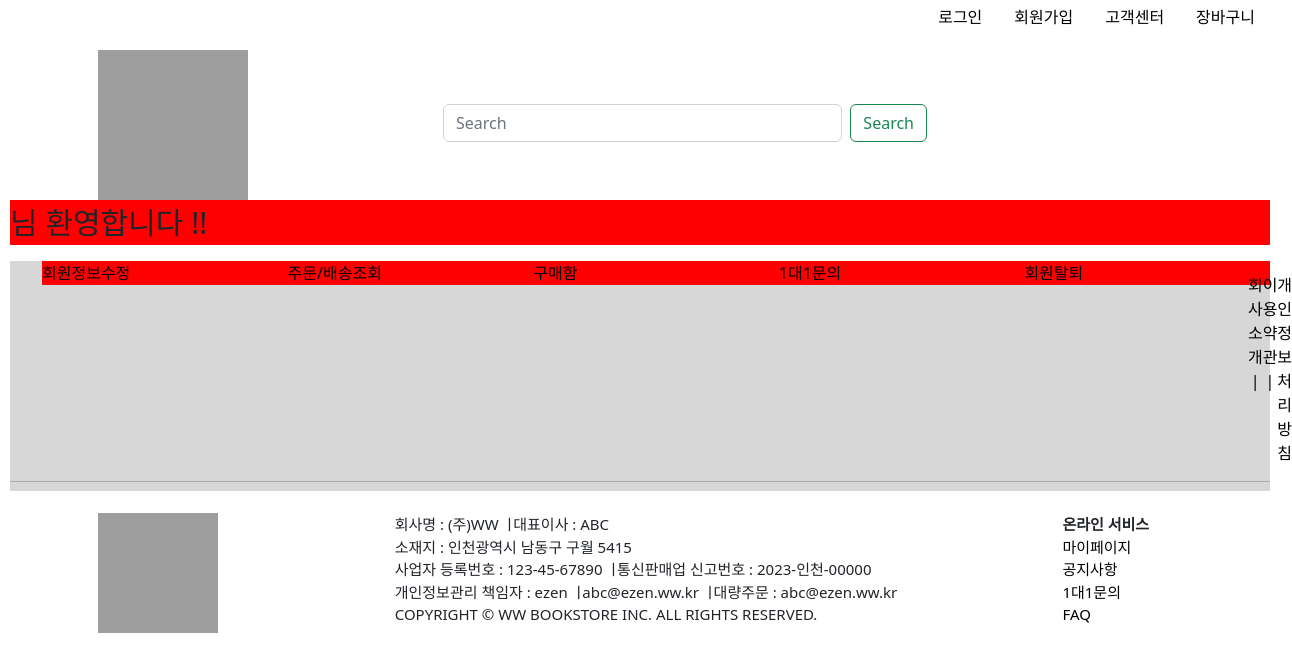
Repository: leehyeonung/project4
Page: http://localhost/book/WEB-INF/views/member/mypage.jsp
These files come from the project's save history. The page is drawn as it stood at one moment and after a run of saves; the edit follows.
The browser window is 1280 px wide. The page is 1292 px wide, then 1280 px, then 1292 px, so the pictures cover 1292 px, including what lies to the right of the window. The pictures show the whole page.
Pictures or frames that could not be fetched are drawn as grey boxes. The page is served by Tomcat 9. Nobody is signed in. Other server files are loaded and not shown. The template is opened directly, without the code that normally fills it, so the values that code supplies are empty.

Above is the page before, as saved 2023-01-06 02:45:06.

### book/src/main/webapp/WEB-INF/views/member/mypage.jsp
<%@ page language="java" contentType="text/html; charset=UTF-8"
    pageEncoding="UTF-8"%>
<!DOCTYPE html>
<html>
<head>
<meta charset="UTF-8">
<title>Insert title here</title>
<link rel="stylesheet" type="text/css" href="/resources/css/mypage.css">
</head>
<body>
<jsp:include page="../layout/header.jsp"></jsp:include>
<div class="main">

<div class="information">

<div class="id">
${ses.mem_id}님 환영합니다 !!
</div>

<div class="cell">
${ses.mem_cell_num}
</div>

</div>

<div class="select">
<ul>
	<li><a href="/mem/modify" class="category">회원정보수정</a></li>
	<li><a href="/mem/orderCheck?mem_num=${ses.mem_num}" class="category">주문/배송조회</a></li>
	<li><a href="/mem/buyCheck?mem_num=${ses.mem_num}" class="category">구매함</a></li>
	<li><a href="/board/list" class="category">1대1문의</a></li>
	<li><a href="/mem/delete" class="category">회원탈퇴</a></li>
</ul>
</div>

</div>

<jsp:include page="../layout/footer.jsp"></jsp:include>
</body>
</html>

### book/src/main/webapp/WEB-INF/views/layout/header.jsp
<%@ page language="java" contentType="text/html; charset=UTF-8"
    pageEncoding="UTF-8"%>
<%@ taglib uri="http://java.sun.com/jsp/jstl/core" prefix="c"%>
<!DOCTYPE html>
<html>
<head>
<meta charset="UTF-8">
<title>Insert title here</title>
<!-- CSS only -->
<link href="https://cdn.jsdelivr.net/npm/bootstrap@5.2.2/dist/css/bootstrap.min.css"
rel="stylesheet" integrity="sha384-Zenh87qX5JnK2Jl0vWa8Ck2rdkQ2Bzep5IDxbcnCeuOxjzrPF/et3URy9Bv1WTRi"
crossorigin="anonymous">
<link rel="stylesheet" type="text/css" href="/resources/css/header.css">
</head>
<body>
<div class="header">
    <div class="menu">
        <c:if test="${ses.mem_id ==null}">
        <ul><a href="/mem/loginPage">로그인</a></ul>
        <ul><a href="/mem/joinPage">회원가입</a></ul>
        </c:if>
        <c:if test="${ses.mem_id == 'admin' }">
        <ul><a href="/mem/logOut">로그아웃</a></ul>
        <ul><a href="/mem/adminpage">관리인페이지</a></ul>
        </c:if>
        <c:if test="${ses.mem_id !=null && ses.mem_id !='admin' }">
        <ul><a href="/mem/logOut">로그아웃</a></ul>
        <ul><a href="/mem/mypage">마이페이지</a></ul>
        </c:if>
        <ul><a href="#">고객센터</a></ul>
        <ul><a href="#">장바구니</a></ul>
    </div>
    <div class="bar">
       <div class="logo">
         <a href="/"><img src="/resources/image/logo.jpg" alt="로고"></a>
       </div>
         <div class="searchBar">
            <form class="d-flex" role="search">
                 <input class="form-control me-2" type="search" placeholder="Search" aria-label="Search">
                 <button class="btn btn-outline-success" type="submit">Search</button>
              </form>
         </div>
       <div class="icons">
         <a href=""><i class="fa-solid fa-cart-shopping"></i></a>
            <a href=""><i class="fa-solid fa-user"></i></a>
       </div>
    </div>
</div>
</body>
</html>

### book/src/main/webapp/WEB-INF/views/layout/footer.jsp
<%@ page language="java" contentType="text/html; charset=UTF-8"
   pageEncoding="UTF-8"%>
<!DOCTYPE html>
<html>
<head>
<meta charset="UTF-8">
<title>Insert title here</title>
<link rel="stylesheet" type="text/css" href="/resources/css/footer.css">

</head>

<body>
   <div class="footer">
      <div class="footer-top">
         <ul>
            <li><a href="/introduce">회사소개 | </a></li>
            <li><a href="">이용약관 | </a></li>
            <li><a href="">개인정보처리방침</a></li>
         </ul>
      </div>
      <hr>
      <div class="address">
         <div class="footer-logo">
            <img src="/resources/image/logo.jpg" alt="로고">
         </div>
         <div class="address-box">
            <ul>
               <li>회사명 : (주)WW <span style="margin-right: -7px;">ㅣ</span>
                  대표이사 : ABC
               </li>

               <li>소재지 : 인천광역시 남동구 구월 5415</li>
               <li>사업자 등록번호 : 123-45-67890 <span style="margin-right: -7px;">ㅣ</span>
                  통신판매업 신고번호 : 2023-인천-00000
               </li>

               <li>개인정보관리 책임자 : ezen <span style="margin-right: -7px;">ㅣ</span>
                  abc@ezen.ww.kr <span style="margin-right: -7px;">ㅣ</span> 대량주문 :
                  abc@ezen.ww.kr
               </li>

               <li>COPYRIGHT © WW BOOKSTORE INC. ALL RIGHTS RESERVED.</li>

            </ul>

         </div>
         <div class="online-serviceBar">
            <strong>온라인 서비스</strong>
            <ul>
               <li><a href="">마이페이지</a></li>
               <li><a href="">공지사항</a></li>
               <li><a href="">1대1문의</a></li>
               <li><a href="">FAQ</a></li>
            </ul>
         </div>
      </div>
   </div>

</body>
</html>

### book/src/main/webapp/resources/css/mypage.css
@charset "UTF-8";
*{
	margin: 0 auto;
	padding: 0px;

}
.main{
    margin: auto;
    width: 1260px;
    background-color: gray;


}
.id{
    font-size: 30px;
}
.information{
	background-color : red;
}
.select>ul>li>.category{
    display: inline-block;
	float : left;
	width : 20%;
    background-color: red;
}

### book/src/main/webapp/resources/css/header.css
@charset "UTF-8";
*{
	margin: 0px;
	padding: 0px;
}
.header{
    width: 1260px;
    height: 200px;
   /*  background-color: pink; */
}
.menu{
   display: flex;
   justify-content: flex-end;
   padding:5px;

}
.logo{
    width: 150px;
    height: 150px;
    background-color: blue;
}
.logo>a>img{
    width: 150px;
    height: 150px;
}
.searchBar{
   /* position:absolute; */
    width: 484px;
    height: 42px;
    /* background-color: gold; */
    margin-top:54px;
    border-radius: 30px;

}
.bar{

   height: 150px;
   display: flex;
   flex-direction: row;
   flex-wrap:nowrap;
   justify-content:space-around;
/*    align-items: baseline; */


}
i{
    font-size: 42px;
    color: black;
    margin-top:54px;
    margin-right: 20px;
}

### book/src/main/webapp/resources/css/footer.css
@charset "UTF-8";
.footer {
   width: 1260px;
   height: 230px;
   background-color: rgba(175, 175, 175, 0.5);
   margin: 0 auto;
}

.footer-logo {

   width: 120px;
   height: 120px;
   background-color: beige;
}
.footer-logo>img{
   width: 120px;
   height: 120px;
}

.address-box {
   text-align: left;
   padding: 0;
   margin: 0;
}

.address {
   padding: 15px;
   height: 150px;
   display: flex;
   font-size: 15px;
   /* align-items: baseline; */
   flex-direction: row;
   flex-wrap: nowrap;
   justify-content: space-around;
}

ul {
   list-style: none;
}

.footer, .address li {

}

.footer-top {
   text-align: center;
   padding-top: 12px;
}

.footer-top>ul {
   margin: 0;
   padding: 0;
   display: flex;
   justify-content: center;
}

.footer-top>li {
   margin: 0;
   padding: 0;
}

a {
   text-decoration-line: none;
   color: black;
}

a:visited {
   text-decoration: none;
}

a:hover {
   text-decoration: none;
}

a:focus {
   text-decoration: none;
}

a:hover, a:active {
   text-decoration: none;
}

.online-serviceBar {
   padding: 0px;
   margin-left: 20px;
   width: 120px;
   height: 120px;
}

.online-serviceBar>ul {
   margin: 0px;
   padding: 0px;
}

After the next 2 saves:
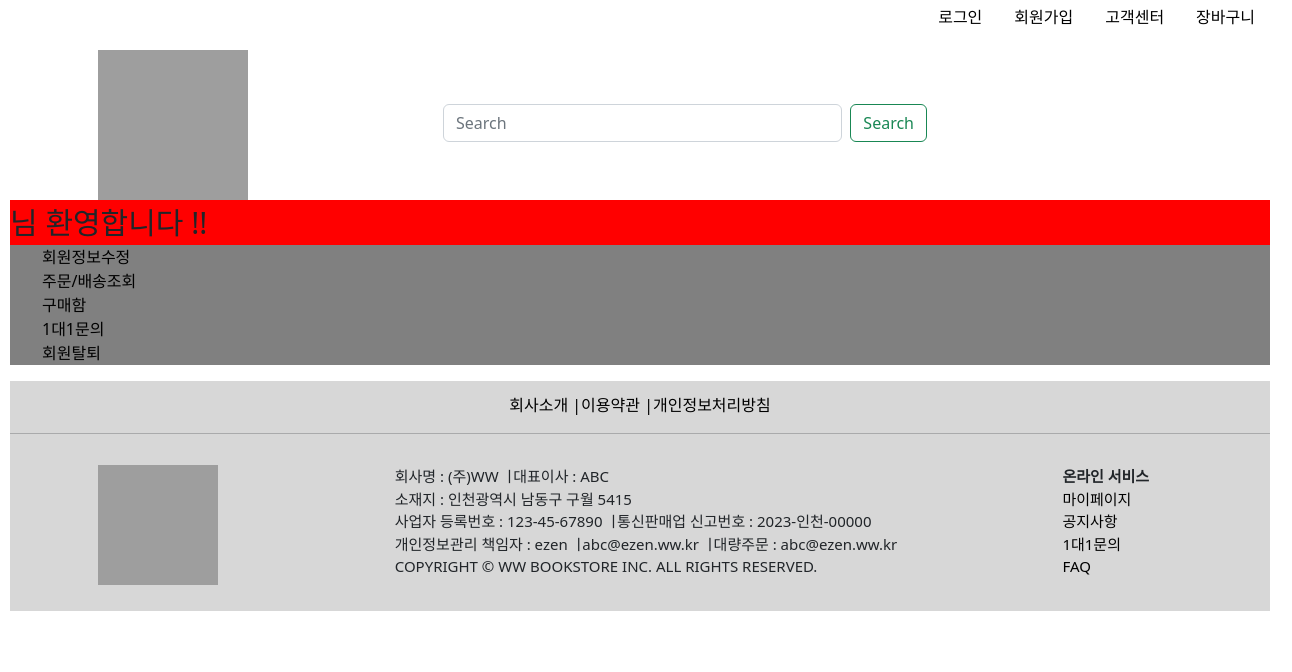
The 2 saves are shown as one change because they came seconds apart.
The last was saved 89 s later.
--- a/book/src/main/webapp/resources/css/mypage.css
+++ b/book/src/main/webapp/resources/css/mypage.css
@@ -17,7 +17,7 @@
 .information{
 	background-color : red;
 }
-.select>ul>li>.category{
+.select >.category{
     display: inline-block;
 	float : left;
 	width : 20%;

After the save that followed:
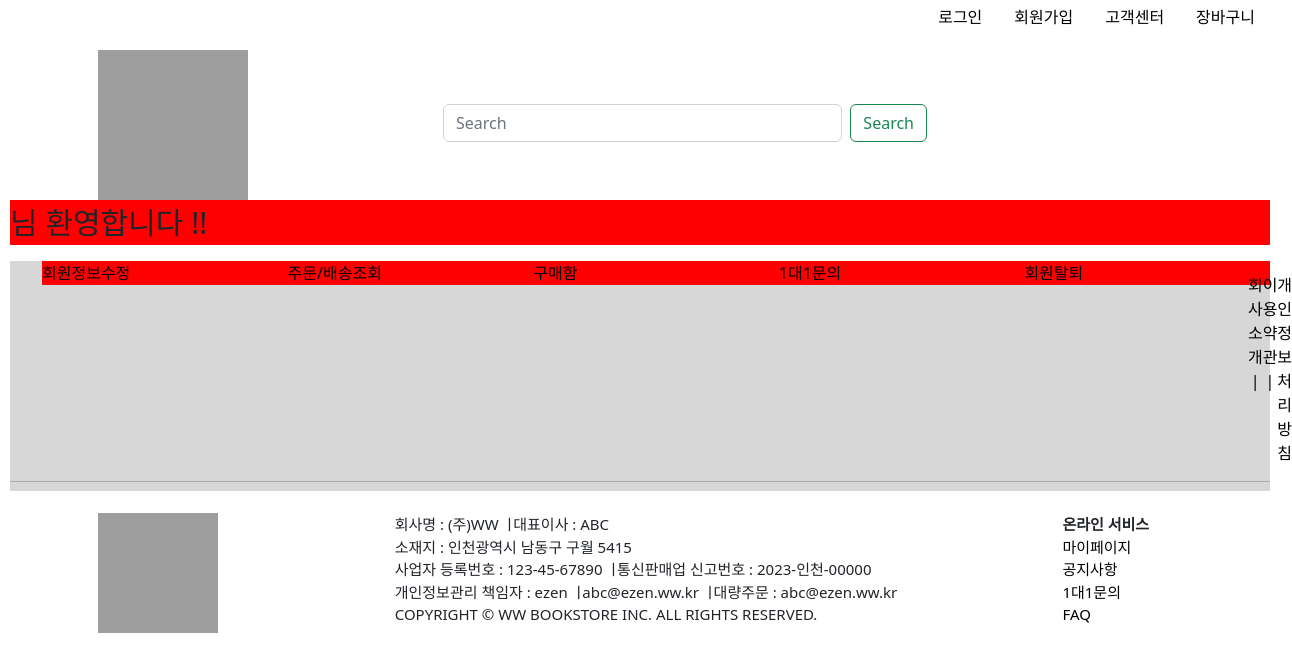
Saved 9 s later.
--- a/book/src/main/webapp/resources/css/mypage.css
+++ b/book/src/main/webapp/resources/css/mypage.css
@@ -17,7 +17,7 @@
 .information{
 	background-color : red;
 }
-.select >.category{
+.select>ul>li>.category{
     display: inline-block;
 	float : left;
 	width : 20%;
